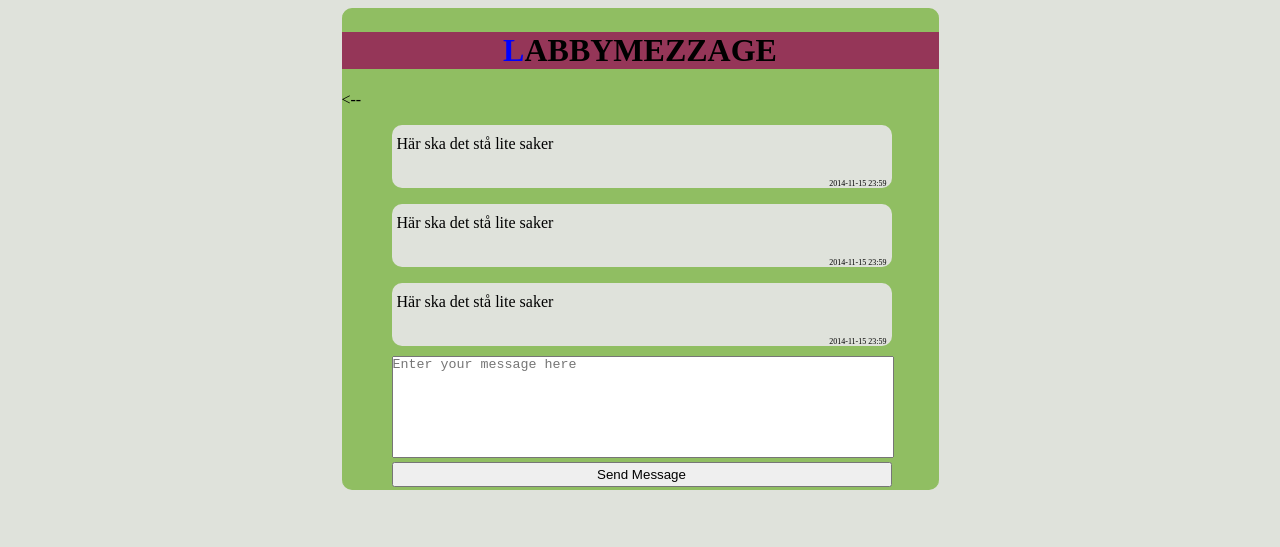
Repository: vr222bt/1dv403-laborationer
Page: 2-labbymezzage/index.html
The author's editor kept a record of every edit. The page is drawn from the files as they stood at one moment, then again after the next edit.
The browser window is 1280 px wide. The pictures show the whole page.

Above is the page before.

### 2-labbymezzage/index.html
<!doctype html>
<html lang="sv">
    <head>
        <link rel="stylesheet" href="style.css" />
        <meta charset="utf-8" />
        <title>Labbymezzage</title>
    </head>
    <body>
        <div id="container">
            <header>
                <h1>Labbymezzage</h1>
            </header>
            <main>
                <div id="messages">
                    <--
                    <div class="message">
                        <p>Här ska det stå lite saker</p>
                        <footer>
                            <p>2014-11-15 23:59</p>
                        </footer>
                    </div>
                    <div class="message">
                        <p>Här ska det stå lite saker</p>
                        <footer>
                            <p>2014-11-15 23:59</p>
                        </footer>
                    </div>
                    <div class="message">
                        <p>Här ska det stå lite saker</p>
                        <footer>
                            <p>2014-11-15 23:59</p>
                        </footer>
                    </div>

                </div>
                <form>
                    <textarea id="text" placeholder="Enter your message here"></textarea>
                    <input type="submit"id="button" value="Send Message">
                </form>
            </main>


        </div>
        <script type="text/javascript" src="message.js" ></script>
        <script type="text/javascript" src="run.js" ></script>
    </body>
</html>

### 2-labbymezzage/style.css
body
    {
        background-color: #DFE2DB;
    }
#container
    {
        max-width: 597px;
        border-style: solid;
        border-width: 3px;
        border-color: #90BE62;
        border-radius: 10px ;
        border-left-width: 0px;
        border-right-width: 0px;
        margin-right: auto;
        margin-left: auto;
        background-color: #90BE62;

    }

#text
    {
        width: 500px;
        height: 100px;
        margin-left: 50px;
        margin-right: 50px;
        resize: none;
        padding: 0;
    }

#button
    {
        width: 500px;
        height: 25px;
        margin-left: 50px;
        margin-right: 50px;

    }

h1
    {
        text-align: center;
        text-transform: uppercase;
        background-color: #953658;
    }

h1:first-letter
    {
        color: blue;
    }

.message
    {
        width: 500px;
        margin-left: 50px;
        margin-right: 50px;
        margin-top: 10px;
        margin-bottom: 10px;
        border-radius: 10px;
        background-color: #DFE2DB ;
    }

.message p
    {
        padding-top: 10px;
        padding-left: 5px;
    }

.message footer p
    {
        text-align: right;
        padding-right: 5px;
        font-size: 50%
    }

### 2-labbymezzage/message.js
"use strict";

function Message(message, date){

    this.getText = function() {
        return message;
    };
    this.setText = function(_text) {
        message = _text;
    };
    this.getDate = function() {
        return date;
    };
    this.setDate = function(_date) {
        date = _date;
    };
}

Message.prototype.toString = function(){
    return this.getText()+" ("+this.getDate()+")";
};

Message.prototype.getHTMLText = function(){
    return this.getText().replace("\n","<br />");
};

### 2-labbymezzage/run.js
"use strict";

var messageBoard = {

    messages: [],
    init:  function(e){
        /*
        var message1 = new Message("test1", new Date());
        var message2 = new Message("test2", new Date());
        messageBoard.messages.push(message1, message2);
        alert(messageBoard.messages[1].getText());
        alert(message1.getText());
        alert(message2.getText());
        alert(message2.getDate());
        */


    }
};

window.onload = messageBoard.init;

After the next edit:
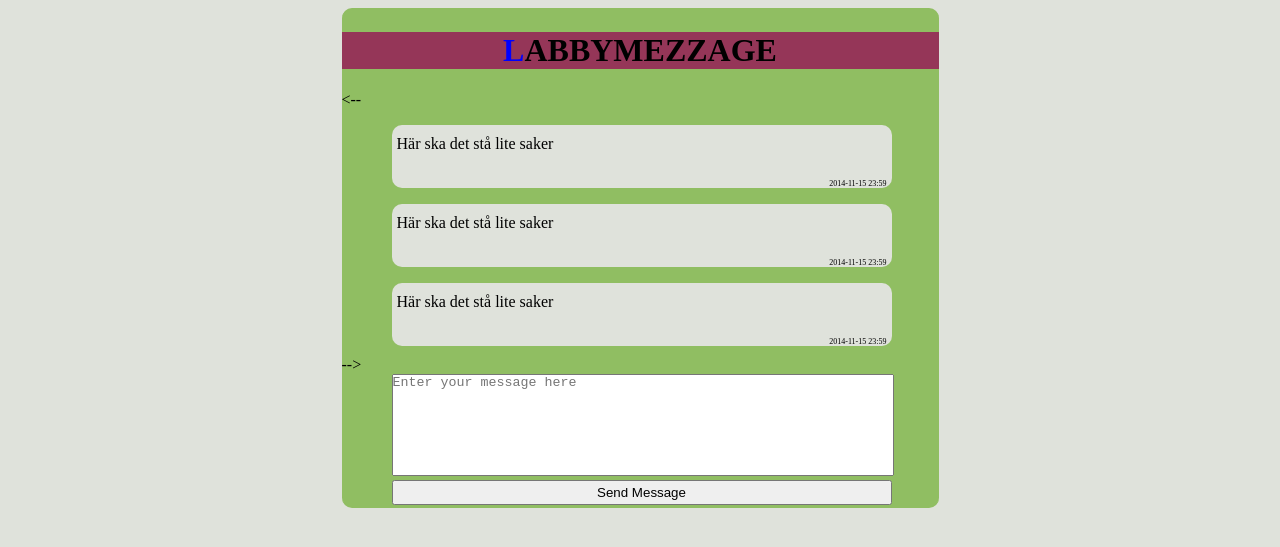
The edit:
--- a/2-labbymezzage/index.html
+++ b/2-labbymezzage/index.html
@@ -31,7 +31,7 @@
                             <p>2014-11-15 23:59</p>
                         </footer>
                     </div>
-
+                   -->
                 </div>
                 <form>
                     <textarea id="text" placeholder="Enter your message here"></textarea>
